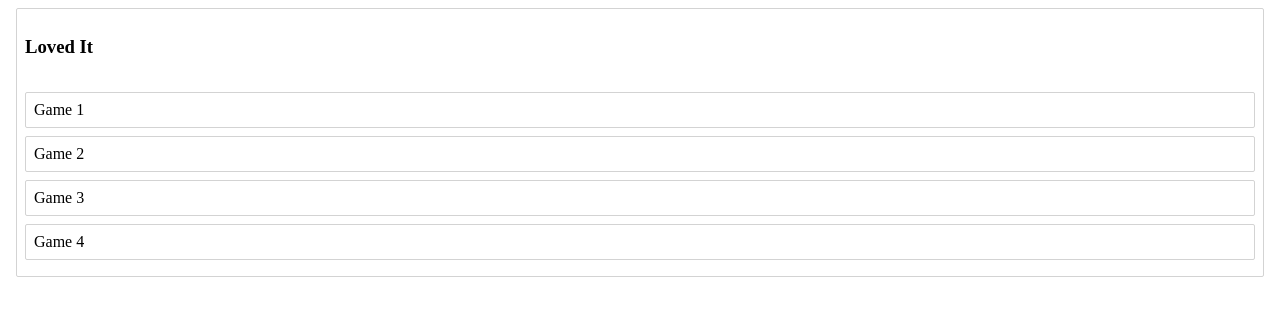
Repository: akiachenise/akiachenise.github.io
Page: / (app in JackboxGames_TierList_vanilla/tier-ranking/tier-list-app/)
The author's editor kept a copy of each file at every save. The page is drawn from the files as they stood at one save, then again after the next save.
The browser window is 1280 px wide. The pictures show the whole page.
The project was rebuilt for these pictures with package versions that can differ from the ones it lists, and the page was loaded fresh each time.

Above is the page before, as saved 2022-11-29 18:05:52.

### JackboxGames_TierList_vanilla/tier-ranking/tier-list-app/src/index.js
import React from 'react';
import ReactDOM from 'react-dom';
import '@atlaskit/css-reset';
import { DragDropContext } from 'react-beautiful-dnd';
import Column from './column'
import initialData from './initial-data';

class App extends React.Component {
  state = initialData

  onDragEnd = result => {
    //TODO reorder the column
  }
  render() {
    return (

    <DragDropContext onDragEnd={this.onDragEnd}>
    {this.state.columnOrder.map((columnId) => {
      const column = this.state.columns[columnId];
      const tasks = column.taskIds.map(taskId => this.state.tasks[taskId]);

      return <Column key={column.id} column={column} tasks={tasks} />;
    })}
    </DragDropContext>
    );
  }
}

ReactDOM.render(<App />, document.getElementById('root'));

### JackboxGames_TierList_vanilla/tier-ranking/tier-list-app/src/column.js
import React from 'react';
import styled from 'styled-components';
import { Droppable } from 'react-beautiful-dnd';
import Task from './task';

const Container = styled.div`
  margin: 8px;
  border: 1px solid lightgrey;
  border-radius: 2px;
`;
const Title = styled.h3`
  padding: 8px;
`;
const TaskList = styled.div`
  padding: 8px;
`;

export default class Column extends React.Component {
  render() {
    return (
      <Container>
        <Title>{this.props.column.title}</Title>
        <Droppable droppableId={this.props.column.id}>
          {provided =>
            <TaskList
              ref={provided.innerRef}
              {...provided.droppableProps}
            >
              {this.props.tasks.map((task, index) => (
                <Task key={task.id} task={task} index={index} />
              ))}
              {provided.placeholder}
            </TaskList>
          }
        </Droppable>
      </Container>
    );
  }
}

### JackboxGames_TierList_vanilla/tier-ranking/tier-list-app/src/initial-data.js
const initialData = {
    tasks: {
      'task-1': { id: 'task-1', content: 'Game 1' },
      'task-2': { id: 'task-2', content: 'Game 2' },
      'task-3': { id: 'task-3', content: 'Game 3' },
      'task-4': { id: 'task-4', content: 'Game 4' },
    },
    columns: {
      'column-1': {
        id: 'column-1',
        title: 'Loved It',
        taskIds: ['task-1', 'task-2', 'task-3', 'task-4'],
      }
    },
    // Facilitate reordering of the columns
    columnOrder: [ 'column-1']
  };

  export default initialData;

### JackboxGames_TierList_vanilla/tier-ranking/tier-list-app/src/task.jsx
import React from 'react';
import styled from 'styled-components';
import { Draggable } from 'react-beautiful-dnd';
const Container = styled.div`
  border: 1px solid lightgrey;
  border-radius: 2px;
  padding: 8px;
  margin-bottom: 8px;
`;

export default class Task extends React.Component {
    render() {
      return (
      <Draggable draggableId={this.props.task.id} index={this.props.index}>
        {(provided) => (
          <Container
            {...provided.draggableProps}
            {...provided.draggableProps}
            ref={provided.ref}
          >{this.props.task.content}</Container>
        )}
      </Draggable>
      )
    }
  }

Loaded but not shown: JackboxGames_TierList_vanilla/tier-ranking/tier-list-app/public/index.html (common file)

After the next save:
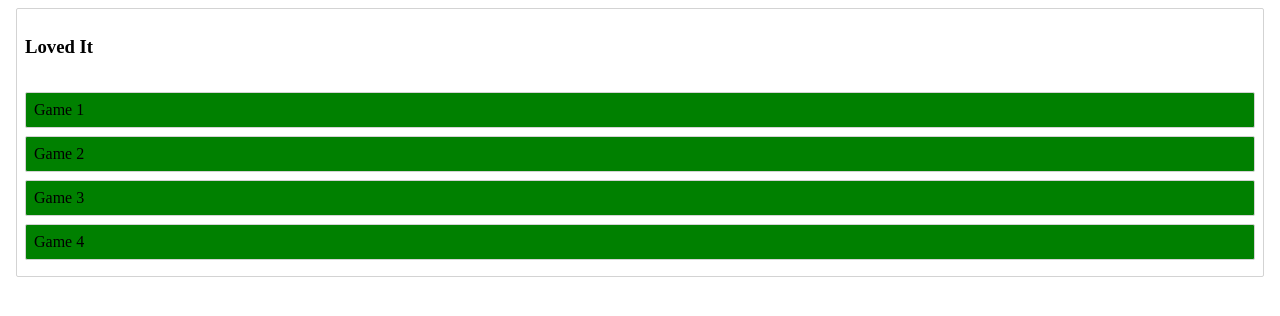
Saved 12 s later.
--- a/JackboxGames_TierList_vanilla/tier-ranking/tier-list-app/src/task.jsx
+++ b/JackboxGames_TierList_vanilla/tier-ranking/tier-list-app/src/task.jsx
@@ -1,25 +1,29 @@
 import React from 'react';
 import styled from 'styled-components';
 import { Draggable } from 'react-beautiful-dnd';
+
 const Container = styled.div`
   border: 1px solid lightgrey;
   border-radius: 2px;
   padding: 8px;
   margin-bottom: 8px;
+  background-color: green;
 `;
 
 export default class Task extends React.Component {
-    render() {
-      return (
-      <Draggable draggableId={this.props.task.id} index={this.props.index}>
-        {(provided) => (
-          <Container
-            {...provided.draggableProps}
-            {...provided.draggableProps}
-            ref={provided.ref}
-          >{this.props.task.content}</Container>
-        )}
-      </Draggable>
-      )
-    }
+  render() {
+    return (
+    <Draggable draggableId={this.props.task.id} index={this.props.index}>
+      {provided => (
+        <Container
+          ref={provided.innerRef}
+          {...provided.draggableProps}
+          {...provided.dragHandleProps}
+        >
+          {this.props.task.content}
+        </Container>
+      )}
+    </Draggable>
+    );
   }
+}
